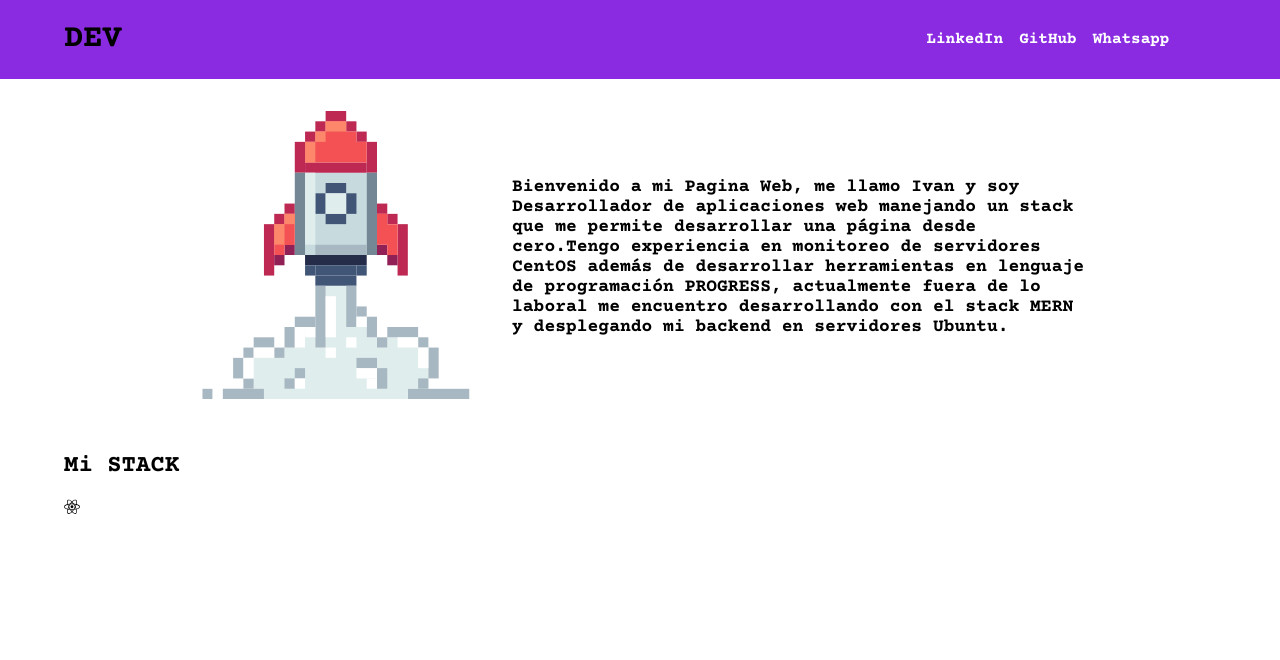
Repository: FxIvan/myweb
Page: /
These files come from the project's save history. The page is drawn as it stood at one moment and after the next save; the edit follows.
The browser window is 1280 px wide. The pictures show the whole page.
The project was rebuilt for these pictures with package versions that can differ from the ones it lists, and the page was loaded fresh each time.

Above is the page before, as saved 2022-11-03 11:33:55.

### public/index.html
<!DOCTYPE html>
<html lang="en">
  <head>
    <meta charset="utf-8" />
    <link rel="icon" href="%PUBLIC_URL%/favicon.ico" />
    <meta name="viewport" content="width=device-width, initial-scale=1" />
    <meta name="theme-color" content="#000000" />
    <meta
      name="description"
      content="Web site created using create-react-app"
    />
    <link rel="apple-touch-icon" href="%PUBLIC_URL%/logo192.png" />
    <!--
      manifest.json provides metadata used when your web app is installed on a
      user's mobile device or desktop. See https://developers.google.com/web/fundamentals/web-app-manifest/
    -->
    <link rel="manifest" href="%PUBLIC_URL%/manifest.json" />
    <!--
      Notice the use of %PUBLIC_URL% in the tags above.
      It will be replaced with the URL of the `public` folder during the build.
      Only files inside the `public` folder can be referenced from the HTML.

      Unlike "/favicon.ico" or "favicon.ico", "%PUBLIC_URL%/favicon.ico" will
      work correctly both with client-side routing and a non-root public URL.
      Learn how to configure a non-root public URL by running `npm run build`.
    -->
    <title>My Web |Almendra Ivan 2022</title>
    <!--FONTS GOOGLE-->
    <link rel="preconnect" href="https://fonts.googleapis.com">
    <link rel="preconnect" href="https://fonts.gstatic.com" crossorigin>
    <link href="https://fonts.googleapis.com/css2?family=Courier+Prime:wght@700&display=swap" rel="stylesheet">
  </head>
  <body>
    <noscript>You need to enable JavaScript to run this app.</noscript>
    <div id="root"></div>
    <!--
      This HTML file is a template.
      If you open it directly in the browser, you will see an empty page.

      You can add webfonts, meta tags, or analytics to this file.
      The build step will place the bundled scripts into the <body> tag.

      To begin the development, run `npm start` or `yarn start`.
      To create a production bundle, use `npm run build` or `yarn build`.
    -->
  </body>
</html>

### src/index.js
import React from 'react';
import ReactDOM from 'react-dom/client';
import './index.css';
import App from './App';
import reportWebVitals from './reportWebVitals';
import { BrowserRouter } from 'react-router-dom';


const root = ReactDOM.createRoot(document.getElementById('root'));
root.render(
  <React.StrictMode>
    <App />
  </React.StrictMode>
);

// If you want to start measuring performance in your app, pass a function
// to log results (for example: reportWebVitals(console.log))
// or send to an analytics endpoint. Learn more: https://bit.ly/CRA-vitals
reportWebVitals();

### src/App.js
import { Routes, Route, HashRouter} from "react-router-dom";
import { Header } from "./component/header/header";
import { IndexPage } from "./component/index-page";

function App() {
  return (
    <HashRouter>
    <Routes>
        <Route path="/" element={<IndexPage/>} />
    </Routes>
    </HashRouter>
  );
}

export default App;

### src/component/header/header.js
import React from 'react'
import '../css/header.css'
import { Section1 } from '../section1/section1'


export const Header = () =>{
    return(
        <div>
        <header>
            <div className='container-header'>
                <div className='subcontainer-header'>
                    <div className='container-header-logo'>
                        <h1>DEV</h1>
                    </div>
                    <div className='container-header-link'>
                        <ul>
                            <li><a href='https://www.linkedin.com/in/devalmendra/' target='_blanck'>LinkedIn</a></li>
                            <li><a href='https://github.com/FxIvan' target='_blanck'>GitHub</a></li>
                            <li><a href='https://api.whatsapp.com/send/?phone=541136887781&text&type=phone_number&app_absent=0' target='_blanck'>Whatsapp</a></li>
                        </ul>
                    </div>
                </div>
            </div>
        </header>
        <section>
            <div>
                <Section1/>
            </div>
        </section>
        </div>
    )
}

### src/component/index-page.js
import React from 'react'
import { Header } from './header/header'
import { Stack } from './stack/stack'

export const IndexPage = () =>{
    return(
        <div>
            <Header/>
            <Stack/>
        </div>
    )
}

### src/component/css/header.css
@media only screen and (min-width: 701px) {
*{
    font-family: 'Courier Prime', monospace;
}

header{
    background-color: blueviolet;
}

.container-header{
    margin: auto;
}

.subcontainer-header{
    display: flex;
    width: 90%;
    margin: auto;
    align-items: center;
}

.container-header-logo{
    width: 70%;
}
.container-header-link{
    width: 30%;
}
.container-header-link ul, a{
    display: flex;
    text-decoration: none;
    list-style: none;
    font-family: 'Courier Prime', monospace;
    font-weight: bolder;
    font-size: 16px;
    color: white;
}

.container-header-link ul li{
    margin-left: 1rem;
}

.container-presentacion{
    width: 70%;
    margin: auto;
    margin-top: 2rem;
    align-items: center;
    display: flex;
}

.container-presentacion .presentacion-img{
   margin-right: 2rem;
}

.presentacion-img img{
    width: 40vh;
}

.presentacion-text p{
    font-size: 18px;
}
}

@media only screen and (max-width: 700px) {
    *{
        font-family: 'Courier Prime', monospace;
    }

    header{
        background-color: blueviolet;
    }

    .container-header{
        width: 90%;
        margin: auto;
    }

    .subcontainer-header{
        display: flex;
    }

    .container-header-logo{
       width: 50%;
    }
    .container-header-link{
       width: 40%;
    }
    .container-header-link ul, a{
        list-style: none;
        text-decoration: none;
    }

    .container-header-link ul li{

    }

    .container-presentacion{
        width: 100%;
        text-align: center;
        margin-top: 1rem;
    }

    .pesentacion-img{
        width: 30%;
        margin: auto;
    }
    .pesentacion-img img{
        width: 100%;
    }

    .presentacion-text{
        width: 100%;
    }
    .presentacion-text p{
      font-size: 12px;
      width: 100%;
    }
}

### src/component/section1/section1.js
import React from 'react'
import cohete from '../../media/img/coheteSection.svg'
import '../css/header.css'


export const Section1 = () =>{
    return(
        <div>
            <div className='container-presentacion'>
                <div className='presentacion-img'>
                    <img src={cohete}/>
                </div>
                <div className='presentacion-text'>
                    <div>
                        <p>Bienvenido a mi Pagina Web, me llamo Ivan y soy Desarrollador de aplicaciones web manejando un stack que me permite desarrollar una página desde cero.Tengo experiencia en monitoreo de servidores CentOS además de desarrollar herramientas en lenguaje de programación PROGRESS, actualmente fuera de lo laboral me encuentro desarrollando con el stack MERN y desplegando mi backend en servidores Ubuntu. </p>
                    </div>
                </div>
            </div>
        </div>
    )
}

### src/component/stack/stack.js
import React from 'react'
import '../css/stack.css'
import { GrReactjs } from 'react-icons/gr';

export const Stack = () =>{
    return(
        <div>
            <div className='container-stack'>
                <div>
                    <h2>Mi STACK</h2>
                </div>
                <div>
                    <div>
                        <div>
                            <GrReactjs/>
                        </div>
                        <div>

                        </div>
                    </div>
                    <div>

                    </div>
                </div>
            </div>
        </div>
    )
}

### src/component/css/stack.css
@media only screen and (min-width: 701px) {
    .container-stack{
        width: 90%;
        margin: auto;
        margin-top: 3rem;
    }
}
@media only screen and (max-width: 701px) {

}

Loaded but not shown: src/index.css (common file); src/reportWebVitals.js (common file)

After the next save:
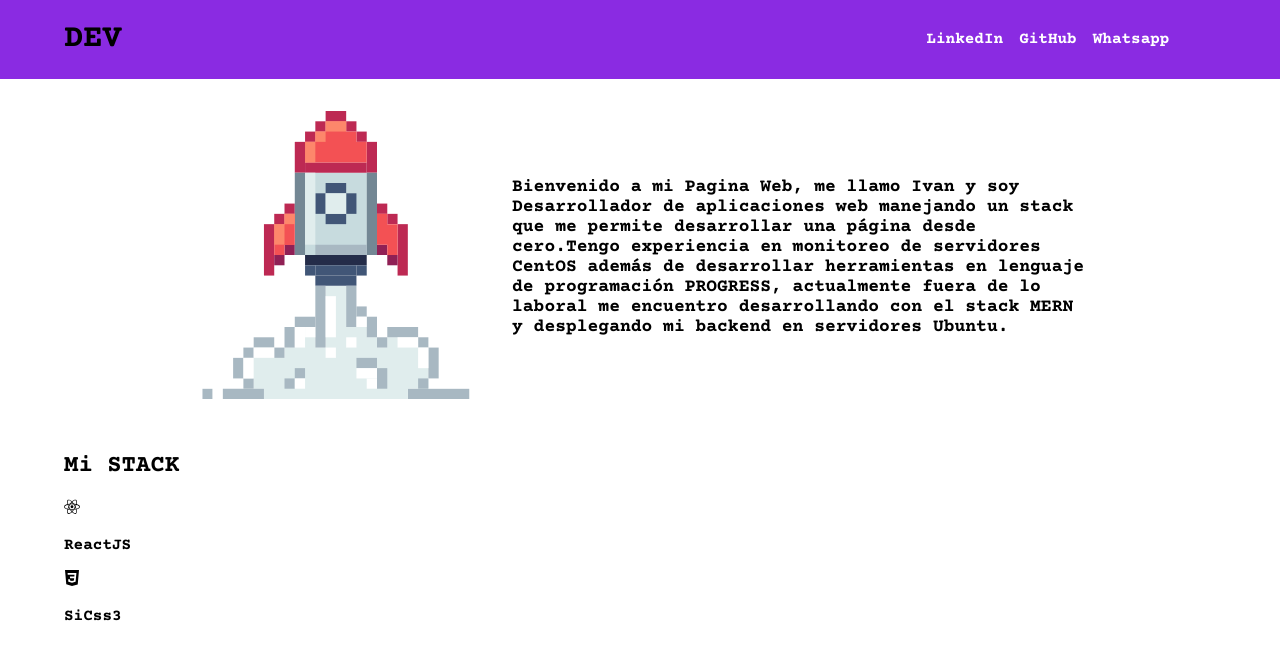
Saved 90 s later.
--- a/src/component/stack/stack.js
+++ b/src/component/stack/stack.js
@@ -1,6 +1,7 @@
 import React from 'react'
 import '../css/stack.css'
 import { GrReactjs } from 'react-icons/gr';
+import { SiCss3 } from 'react-icons/si';
 
 export const Stack = () =>{
     return(
@@ -12,7 +13,14 @@
                 <div>
                     <div>
                         <div>
+                            <div>
                             <GrReactjs/>
+                            <p>ReactJS</p>
+                            </div>
+                            <div>
+                            <SiCss3/>
+                            <p>SiCss3</p>
+                            </div>
                         </div>
                         <div>
 
